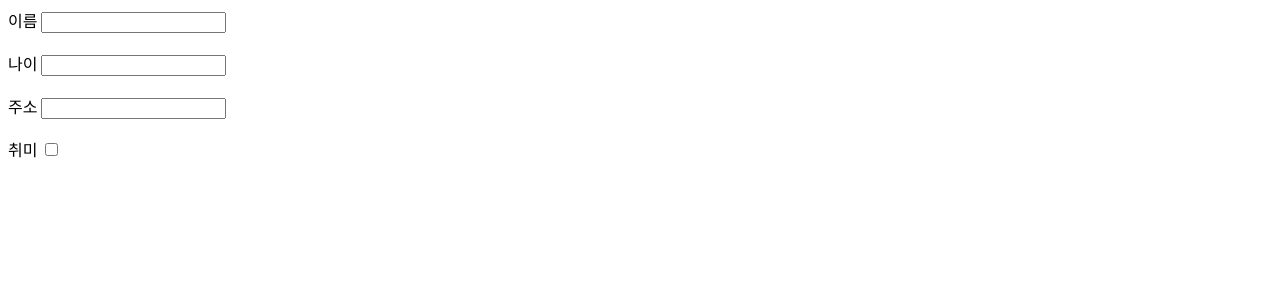
Repository: Minh137/java_works
Page: web06/src/main/webapp/userform.html
These files come from the project's save history. The page is drawn as it stood at one moment and after the next save; the edit follows.
The browser window is 1280 px wide. The pictures show the whole page.

Above is the page before, as saved 2024-08-26 03:27:39.

After the next save:
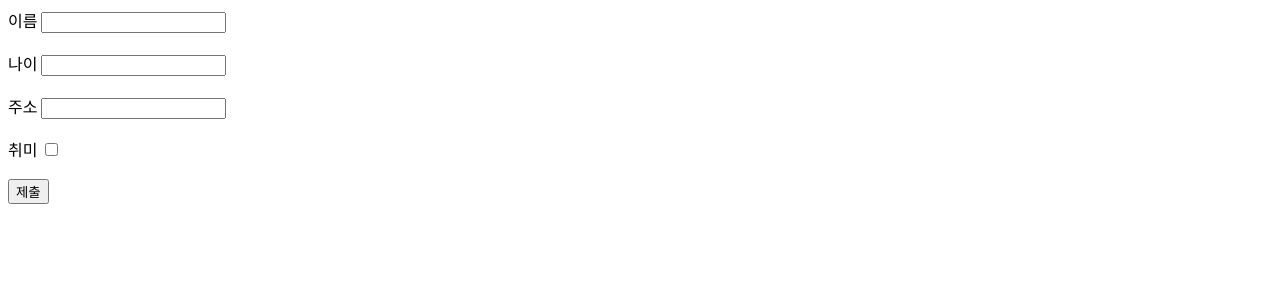
Saved 53 s later.
--- a/web06/src/main/webapp/userform.html
+++ b/web06/src/main/webapp/userform.html
@@ -18,6 +18,7 @@
 		<label>취미</label>
 		<input type="checkbox" id="hob" name="hob" required><br><br>
 
+		<input type="submit" value="제출">
 	</form>
 </body>
 </html>
